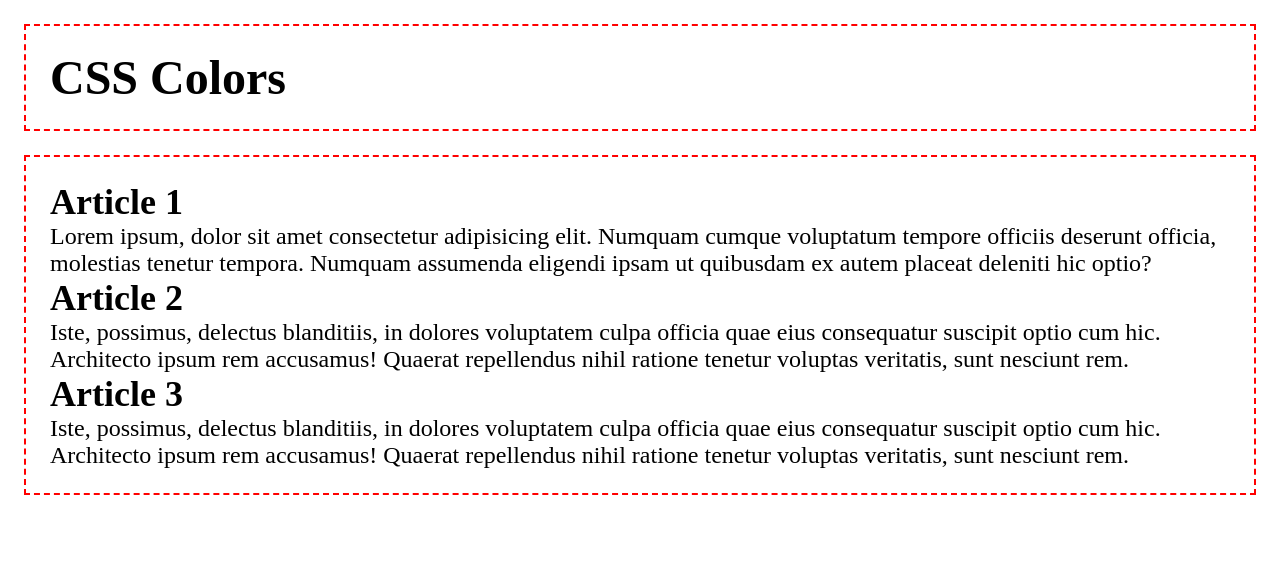
Repository: madhurik9999/Css
Page: index.html
An editor plug-in stored every save of this project. The page is shown before and after the next save, followed by the edit.
The browser window is 1280 px wide. The pictures show the whole page.

Above is the page before, as saved 2023-12-09 12:08:02.

### index.html
<!DOCTYPE html>
<html lang="en">

<head>
    <meta charset="UTF-8">
    <meta http-equiv="X-UA-Compatible" content="IE=edge">
    <meta name="viewport" content="width=device-width, initial-scale=1.0">
    <title>Document</title>
    <link rel="stylesheet" href="styles/style.css">
</head>

<body>
    <header class="container">
        <h1>CSS Colors</h1>
    </header>
    <main class="container">
        <article>
            <h2>Article 1</h2>
            <p class="gray">Lorem ipsum, dolor sit amet consectetur adipisicing elit. Numquam cumque voluptatum tempore
                officiis
                deserunt
                officia, molestias tenetur tempora. Numquam assumenda eligendi ipsam ut quibusdam ex autem placeat
                deleniti
                hic optio?</p>
        </article>
        <article>
            <h2>Article 2</h2>
            <p class="two">Iste, possimus, delectus blanditiis, in dolores voluptatem culpa officia quae
                eius
                consequatur
                suscipit optio
                cum hic. Architecto ipsum rem accusamus! Quaerat repellendus <span class="highlight">nihil</span>
                ratione tenetur voluptas
                veritatis,
                sunt
                nesciunt rem.</p>
        </article>
        <article>
            <h2>Article 3</h2>
            <p class="three">Iste, possimus, delectus blanditiis, in dolores voluptatem culpa officia quae eius
                consequatur
                suscipit optio
                cum hic. Architecto <span class="highlight">ipsum</span> rem accusamus! Quaerat repellendus nihil
                ratione tenetur voluptas
                veritatis,
                sunt
                nesciunt rem.</p>
        </article>
    </main>
</body>

</html>

### styles/style.css
/* Selectors */
/* html {
    font-size: 22px;
}

body {
    font-size: 22px;
}

main {
    font-family: monospace;
}

button,
input,
textarea,
select {
    font: inherit;
}

p {
    color: purple;
}

.highlight {
    text-transform: uppercase;
    background-color: gold;
}

.gray {
    color: grey;
}

#second {
    font-style: italic;
} */

/* Colors */
/* body {
    font-size: 22px;
    font-family: Arial, Helvetica, sans-serif;
    line-height: 1.5;
    background: papayawhip;
    color: rgb(255, 0, 0);
}

p {
    color: #ff00ffd2;
} */

/* Css Units & Sizes */
/* * {
    margin: 0;
    padding: 0;
    box-sizing: border-box;
}

body {
    width: 100%;
    height: 100vh;
}

h1 {
    border: 2px dashed red;
    width: 50%;
    font-size: 3rem;
    padding: 0.5em;
}

main {
    font-size: 2rem;
}

p {
    font-size: 2rem;
} */

/* CSS BOX MODEL */
/* * {
    margin: 0;
    padding: 0;
    box-sizing: border-box;
}

h1 {
    border: 2px dashed red;
    width: 400px;
    font-size: 3rem;
    padding: 0.5em;
} */

/* /Box Modal */
* {
    margin: 0;
    padding: 0;
    box-sizing: border-box;
}

.container {
    border: 2px dashed red;
    font-size: 1.5rem;
    margin-top: 1.5rem;
    margin-left: 1.5rem;
    margin-right: 1.5rem;
    margin-bottom: 1.5rem;
    padding: 1.5rem;
}

After the next save:
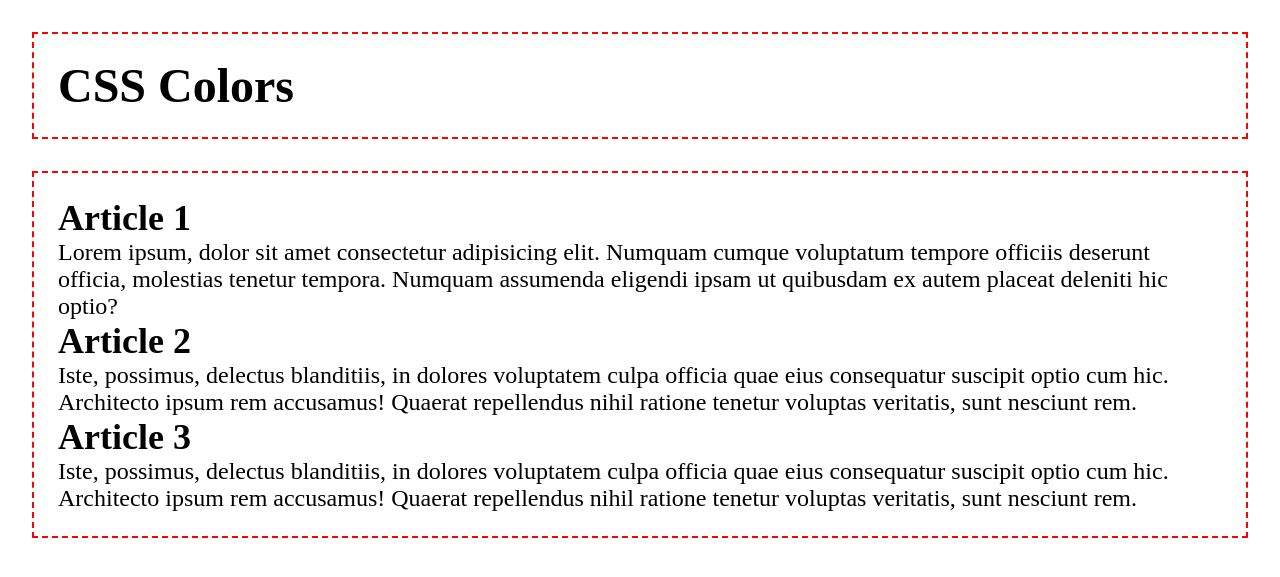
Saved 63 s later.
--- a/styles/style.css
+++ b/styles/style.css
@@ -99,9 +99,10 @@ h1 {
 .container {
     border: 2px dashed red;
     font-size: 1.5rem;
-    margin-top: 1.5rem;
+    /* margin-top: 1.5rem;
     margin-left: 1.5rem;
     margin-right: 1.5rem;
-    margin-bottom: 1.5rem;
+    margin-bottom: 1.5rem; */
+    margin: 2rem 2rem 2rem 2rem;
     padding: 1.5rem;
 }
